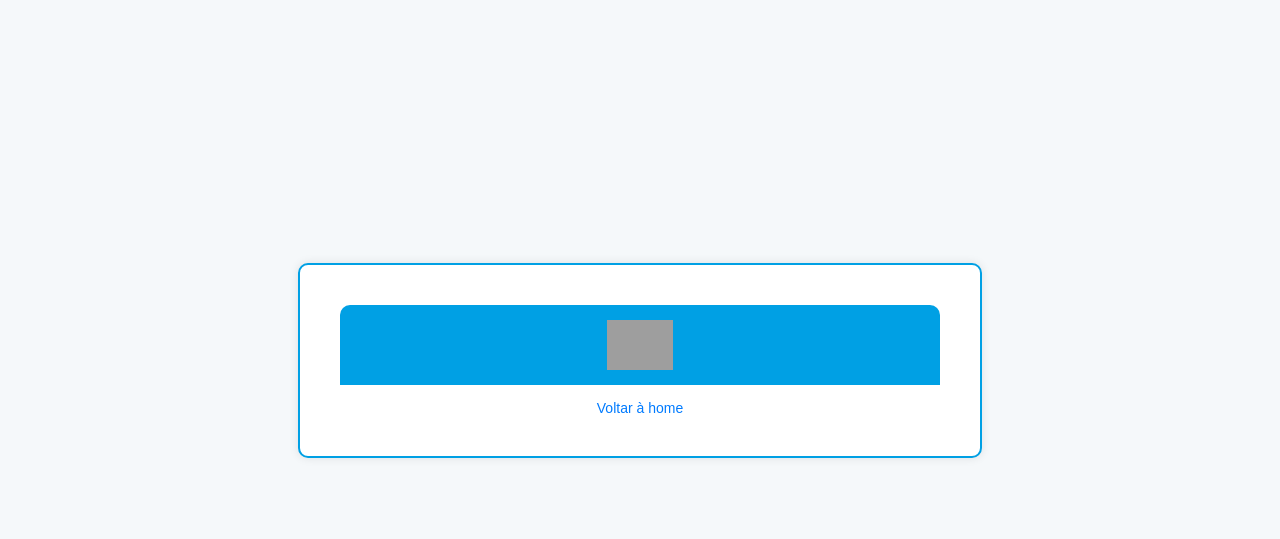
Repository: Guilherme-burle/Portal-do-Aluno-P2
Page: http://localhost/listDF/
An editor plug-in stored every save of this project. The page is shown before and after the next save, followed by the edit.
The browser window is 1280 px wide. The pictures show the whole page.
Pictures or frames that could not be fetched are drawn as grey boxes. The page is served by the project's application, run on Django 5.2 (PortaldoAluno/manage.py). A made-up administrator, testuser (Test User, test@example.com), is signed in. Other server files are loaded and not shown. Queries for data that is not in the repository find no rows.

Above is the page before, as saved 2025-05-19 19:07:34.

### PortaldoAluno/Aplicativo/templates/listDF.html
<!DOCTYPE html>
<html lang="pt-br">
<head>
  <meta charset="UTF-8" />
  <title>Desempenho e Frequência</title>
  <style>
    body {
      font-family: Arial, sans-serif;
      background-color: #f5f8fa;
      margin: 0;
      padding: 0;
      display: flex;
      justify-content: center;
      align-items: center;
      height: 100vh;
    }

    .container {
      background-color: white;
      padding: 40px;
      border-radius: 10px;
      border: 2px solid #00a0e4;
      box-shadow: 0 0 10px rgba(0,0,0,0.1);
      text-align: center;
      width: 600px;
      overflow-y: auto;
      max-height: 90vh;
    }

    .logo {
      background-color: #00a0e4;
      padding: 15px;
      border-radius: 10px 10px 0 0;
      display: flex;
      align-items: center;
      justify-content: center;
    }

    .logo img {
      height: 50px;
    }

    h3 {
      color: #00a0e4;
      margin-top: 20px;
      margin-bottom: 25px;
    }

    table {
      width: 100%;
      border-collapse: collapse;
      margin-bottom: 20px;
    }

    th, td {
      border: 1px solid #ccc;
      padding: 10px;
      text-align: center;
    }

    th {
      background-color: #00a0e4;
      color: white;
    }

    .btn {
      background-color: #00a0e4;
      color: white;
      border: none;
      padding: 12px;
      width: 150px;
      border-radius: 5px;
      cursor: pointer;
      font-weight: bold;
      margin-top: 10px;
      text-decoration: none;
      display: inline-block;
    }

    .btn:hover {
      background-color: #007bbd;
    }

    .voltar {
      margin-top: 15px;
      font-size: 14px;
    }

    .voltar a {
      color: #007bff;
      text-decoration: none;
    }

    .voltar a:hover {
      text-decoration: underline;
    }
  </style>
</head>
<body>
  <div class="container">
    <div class="logo">
      <img src="https://i.imgur.com/7H8lMIL.png" alt="Logo Instituto Solidare" />
    </div>



    <div class="voltar">
      <a href="{% url 'home' %}">Voltar à home</a>
    </div>
  </div>
</body>
</html>

### PortaldoAluno/Aplicativo/decorators.py
from django.shortcuts import redirect

def login_required(view_func):
    def wrapper(request, *args, **kwargs):
        if not request.user.is_authenticated:
            return redirect('login')
        return view_func(request, *args, **kwargs)
    return wrapper

### PortaldoAluno/Aplicativo/views.py
from django.contrib.auth import logout
from django.contrib.auth.models import User
from django.shortcuts import render, redirect, get_object_or_404
from django.contrib.auth import authenticate, login as auth_login
from .models import Aluno, Avaliacao, EventoCalendario, DesempenhoFrequencia
from django.contrib import messages
from django.urls import reverse
from .decorators import login_required
from django.contrib.auth.hashers import make_password
from datetime import date


@login_required
def home(request):
    return render(request, 'home.html')

@login_required
def home_adm(request):
    alunos = Aluno.objects.all()
    return render(request, 'homeadm.html', {'alunos': alunos})

def cadastro(request):
    if request.method == 'POST':
        nome = request.POST.get('nome')
        email = request.POST.get('email')
        senha = request.POST.get('senha')
        is_admin = request.POST.get('is_admin') == 'on'

        print(f"Nome: {nome}")
        print(f"E-mail: {email}")
        print(f"Senha: {senha}")
        print(f"Administrador: {is_admin}")

        if User.objects.filter(email=email).exists():
            return render(request, 'cadastro.html', {'mensagem': 'E-mail já está em uso.'})

        try:
            user = User.objects.create_user(
                username=email,
                email=email,
                password=senha,
                first_name=nome,
                is_superuser=is_admin,
                is_staff=is_admin
            )
            user.save()

            print(f"Usuário {user.username} cadastrado com sucesso!")

            return redirect('login')

        except Exception as e:
            print(f"Erro ao criar o usuário: {e}")
            return render(request, 'cadastro.html', {
                'mensagem': 'Erro ao cadastrar o usuário. Tente novamente.',
                'tipo_mensagem': 'error'
            })

    return render(request, 'cadastro.html')

def login(request):
    if request.method == 'POST':
        username = request.POST.get('username')
        password = request.POST.get('password')

        print(f"Username: {username}, Password: {password}")
        user = authenticate(request, username=username, password=password)

        if user:
            print("Usuário autenticado!")
            auth_login(request, user)
            return redirect('homeadm') if user.is_staff else redirect('home')
        else:
            print("Dados inválidos")
            return render(request, 'login.html', {'erro': 'Dados inválidos'})

    return render(request, 'login.html')

@login_required
def logout_view(request):
    logout(request)
    return redirect('home')

@login_required
def add_aluno(request):
    if request.method == 'POST':
        nome = request.POST.get('nome')
        data_nascimento = request.POST.get('data_nascimento')
        escolaridade = request.POST.get('escolaridade')
        turno = request.POST.get('turno')
        escola = request.POST.get('escola')
        endereco = request.POST.get('endereco')
        bairro = request.POST.get('bairro')
        telefone = request.POST.get('telefone')
        curso = request.POST.get('curso')

        if not all([nome, data_nascimento, escolaridade, turno, escola, endereco, bairro, telefone, curso]):
            return render(request, 'add.html', {'erro': 'Todos os campos são obrigatórios'})

        aluno = Aluno.objects.create(
            nome=nome,
            data_nascimento=data_nascimento,
            escolaridade=escolaridade,
            turno=turno,
            escola=escola,
            endereco=endereco,
            bairro=bairro,
            telefone=telefone,
            curso=curso,
        )

        aluno.save()

        messages.success(request, 'Aluno cadastrado com sucesso!')
        return render(request, 'add.html')

    return render(request, 'add.html')

@login_required
def ver(request):
    alunos = Aluno.objects.all()

    return render(request, 'ver.html', {'alunos': alunos})

@login_required
def deletar_alunos(request, aluno_id):
    aluno = get_object_or_404(Aluno, id=aluno_id)
    aluno.delete()
    return redirect(request.META.get('HTTP_REFERER', 'ver'))

@login_required
def editar_alunos(request, aluno_id):
    aluno = get_object_or_404(Aluno, id=aluno_id)

    if request.method == 'POST':
        nome = request.POST.get('nome')
        data_nascimento = request.POST.get('data_nascimento')
        escolaridade = request.POST.get('escolaridade')
        turno = request.POST.get('turno')
        escola = request.POST.get('escola')
        endereco = request.POST.get('endereco')
        bairro = request.POST.get('bairro')
        telefone = request.POST.get('telefone')
        curso = request.POST.get('curso')

        alterado = (
            nome != aluno.nome or
            data_nascimento != str(aluno.data_nascimento) or
            escolaridade != aluno.escolaridade or
            turno != aluno.turno or
            escola != aluno.escola or
            endereco != aluno.endereco or
            bairro != aluno.bairro or
            telefone != aluno.telefone or
            curso != aluno.curso
        )

        if alterado:
            aluno.nome = nome
            aluno.data_nascimento = data_nascimento
            aluno.escolaridade = escolaridade
            aluno.turno = turno
            aluno.escola = escola
            aluno.endereco = endereco
            aluno.bairro = bairro
            aluno.telefone = telefone
            aluno.curso = curso
            aluno.save()
            messages.success(request, 'Informações atualizadas com sucesso!')
        else:
            messages.error(request, 'Você precisa alterar alguma informação.')

    return render(request, 'editar.html', {'aluno': aluno})

@login_required
def avaliar_solidare(request):
    if request.method == 'POST':
        pergunta_1 = request.POST.get('pergunta_1')
        pergunta_2 = request.POST.get('pergunta_2')
        pergunta_3 = request.POST.get('pergunta_3')
        sugestao = request.POST.get('sugestao', '')

        if not all([pergunta_1, pergunta_2, pergunta_3]):
            messages.error(request, 'Responda todos os campos.')
            return render(request, 'avaliacao.html')

        Avaliacao.objects.create(
            pergunta_1=pergunta_1,
            pergunta_2=pergunta_2,
            pergunta_3=pergunta_3,
            sugestao=sugestao
        )
        messages.success(request, 'Avaliação enviada com sucesso!')

    return render(request, 'avaliacao.html')

@login_required
def calendario(request):
    hoje = date.today()
    eventos = EventoCalendario.objects.filter(user=request.user).order_by('data')
    meses = ["Janeiro", "Fevereiro", "Março", "Abril", "Maio", "Junho", "Julho", "Agosto", "Setembro", "Outubro", "Novembro", "Dezembro"]
    dias_semana = ["Dom", "Seg", "Ter", "Qua", "Qui", "Sex", "Sab"]
    contexto = {
        'meses': meses,
        'dias_semana': dias_semana,
        'eventos': eventos,
        'ano_atual': hoje.year,
        'mes_atual': hoje.month - 1
    }
    return render(request, 'calendario.html', contexto)

@login_required
def add_eventos(request):
    data = request.GET.get('data')

    if request.method == 'POST':
        nome = request.POST.get('nome')
        horario = request.POST.get('horario')


        if nome and data:
            EventoCalendario.objects.create(nome=nome, data=data, horario=horario, user=request.user)
            messages.success(request, "Evento adicionado com sucesso!")
            return redirect('calendario')
        else:
            return render(request, 'add_eventos.html', {'erro': 'Dados incompletos.', 'data': data})

    if not data:
        return render(request, 'erro.html', {'mensagem': 'Data não informada.'})

    return render(request, 'add_eventos.html', {'data': data})

@login_required
def desempenho_create(request):
    if request.method == 'POST':
        aluno_id = request.POST.get('aluno')
        faltas = request.POST.get('faltas')
        emoji = request.POST.get('emoji')
        comentario = request.POST.get('comentario_professor')

        aluno = Aluno.objects.get(id=aluno_id)

        DesempenhoFrequencia.objects.create(
            aluno=aluno,
            faltas=faltas,
            emoji=emoji,
            comentario_professor=comentario
        )
        return redirect('listDF')

    alunos = Aluno.objects.all()
    return render(request, 'addDF.html', {'alunos': alunos})

@login_required
def desempenho_list(request):
    desempenhos = DesempenhoFrequencia.objects.select_related('aluno').all()
    return render(request, 'listDF.html', {'desempenhos': desempenhos})

@login_required
def desempenho_edit(request, id):
    desempenho = get_object_or_404(DesempenhoFrequencia, id=id)

    if request.method == 'POST':
        desempenho.faltas = request.POST.get('faltas')
        desempenho.desempenho = request.POST.get('desempenho')
        desempenho.emoji = request.POST.get('emoji')
        desempenho.comentario_professor = request.POST.get('comentario_professor')
        desempenho.save()
        return redirect('listDF')

    return render(request, 'editDF.html', {'desempenho': desempenho})

@login_required
def desempenho_delete(request, id):
    desempenho = get_object_or_404(DesempenhoFrequencia, id=id)
    desempenho.delete()
    return redirect('listDF')

### PortaldoAluno/projeto/urls.py
"""
URL configuration for portal project.

The `urlpatterns` list routes URLs to views. For more information please see:
    https://docs.djangoproject.com/en/5.2/topics/http/urls/
Examples:
Function views
    1. Add an import:  from my_app import views
    2. Add a URL to urlpatterns:  path('', views.home, name='home')
Class-based views
    1. Add an import:  from other_app.views import Home
    2. Add a URL to urlpatterns:  path('', Home.as_view(), name='home')
Including another URLconf
    1. Import the include() function: from django.urls import include, path
    2. Add a URL to urlpatterns:  path('blog/', include('blog.urls'))
"""
from django.contrib import admin
from django.urls import path, include

urlpatterns = [
    path('admin/', admin.site.urls),
    path('', include('Aplicativo.urls')),
]

### PortaldoAluno/Aplicativo/urls.py
from django.urls import path
from . import views

urlpatterns = [
    path('', views.home, name='home'),
    path('login/', views.login, name='login'),
    path('logout/', views.logout_view, name='logout'),
    path('cadastro/', views.cadastro, name='cadastro'),
    path('add/', views.add_aluno, name='add'),
    path('homeadm/', views.home_adm, name='homeadm'),
    path('ver/', views.ver, name='ver'),
    path('ver/<int:aluno_id>/deletar', views.deletar_alunos, name='deletar'),
    path('ver/<int:aluno_id>/editar', views.editar_alunos, name='editar'),
    path('avaliacao/', views.avaliar_solidare, name='avaliacao'),
    path('calendario/', views.calendario, name='calendario'),
    path('add_eventos/', views.add_eventos, name='add_eventos'),
    path('addD&F', views.desempenho_create, name='addDF'),
    path('listDF/', views.desempenho_list, name='listDF'),
    path('editDF/editar/<int:id>/', views.desempenho_edit, name='editDF'),
    path('listDF/excluir/<int:id>/', views.desempenho_delete, name='desempenho_delete'),
]

After the next save:
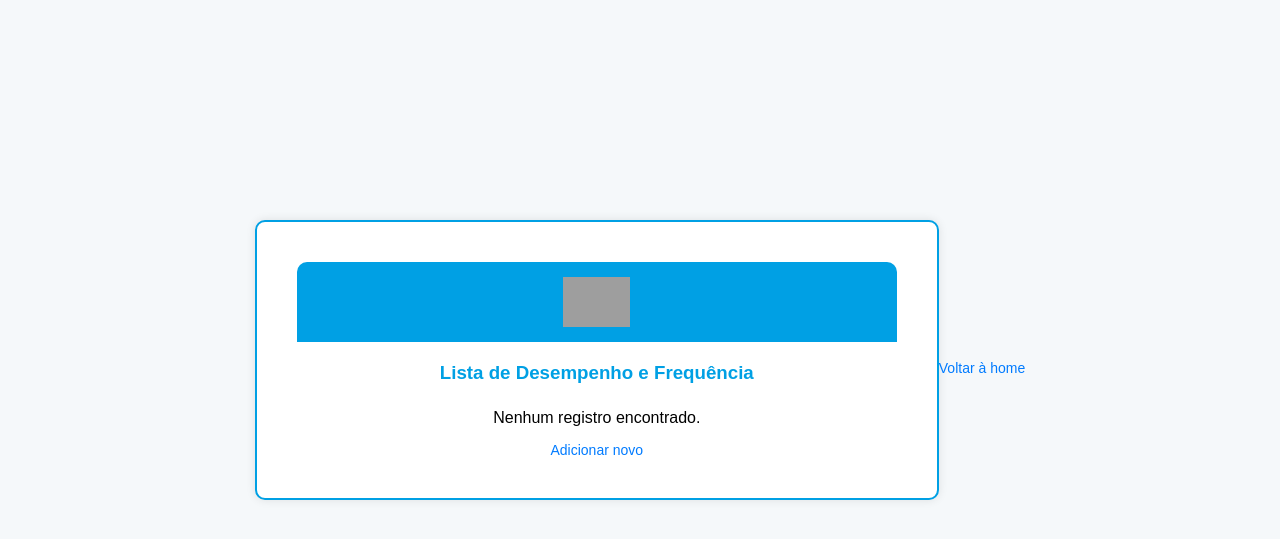
Saved 13 s later.
--- a/PortaldoAluno/Aplicativo/templates/listDF.html
+++ b/PortaldoAluno/Aplicativo/templates/listDF.html
@@ -102,7 +102,23 @@
       <img src="https://i.imgur.com/7H8lMIL.png" alt="Logo Instituto Solidare" />
     </div>
 
+    <h3>Lista de Desempenho e Frequência</h3>
 
+    {% for item in desempenhos %}
+      <div class="alert alert-success">
+        <p><strong>Aluno:</strong> {{ item.aluno.nome }}</p>
+        <p><strong>Faltas:</strong> {{ item.faltas }}</p>
+        <p><strong>Desempenho:</strong> {{ item.emoji }}</p>
+        <p><strong>Comentário:</strong> {{ item.comentario_professor }}</p>
+        <a class="btn" href="{% url 'editDF' item.id %}">Editar</a>
+        <a class="btn" href="{% url 'deleteDF' item.id %}">Excluir</a>
+      </div>
+    {% empty %}
+      <div class="alert alert-error">Nenhum registro encontrado.</div>
+    {% endfor %}
+
+    <div class="voltar"><a href="{% url 'addDF' %}">Adicionar novo</a></div>
+  </div>
 
     <div class="voltar">
       <a href="{% url 'home' %}">Voltar à home</a>
